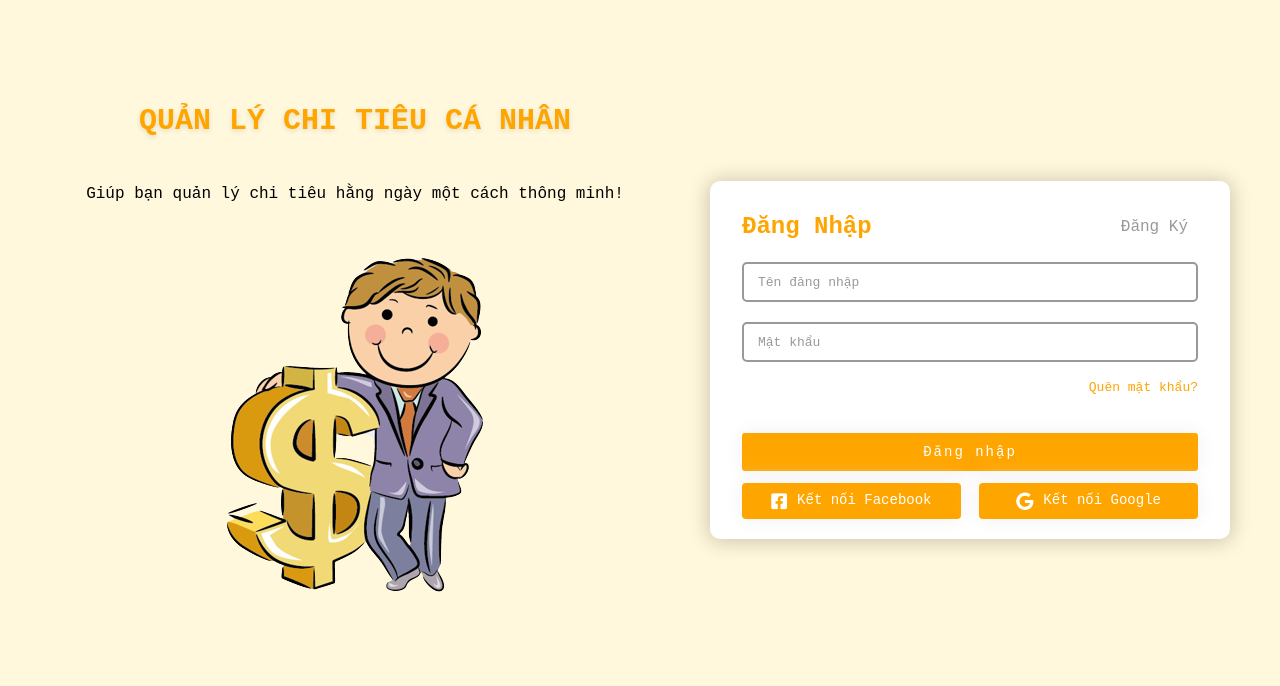
Repository: ximvhs/sochitieu
Page: start.html
These files come from the project's save history. The page is drawn as it stood at one moment and after the next save; the edit follows.
The browser window is 1280 px wide. The pictures show the whole page.
Some web fonts or font styles are not loaded; a fallback is used.

Above is the page before, as saved 2023-04-05 22:21:28.
Console error: TypeError: Cannot read properties of null (reading 'addEventListener')

### start.html
<!DOCTYPE html>
<html lang="en">
<head>
    <meta charset="UTF-8">
    <meta http-equiv="X-UA-Compatible" content="IE=edge">
    <meta name="viewport" content="width=device-width, initial-scale=1.0">
    <title>Đăng nhập</title>
    <link rel="stylesheet" href="./assets/css/login.css">
    <link rel="stylesheet" href="./assets/css/grid.css">
    <link rel="stylesheet" href="./assets/css/resets.css">
    <link rel="stylesheet" href="./assets/css/responsive.css">
    <link rel="stylesheet" href="./assets/css/base.css">
    <link rel="stylesheet" href="./themify-icons-font/themify-icons/themify-icons.css">
    <link rel="stylesheet" href="https://fonts.googleapis.com/css2?family=Material+Symbols+Outlined:opsz,wght,FILL,GRAD@20..48,100..700,0..1,-50..200" />
    <link rel="preconnect" href="https://fonts.googleapis.com">
    <link rel="preconnect" href="https://fonts.gstatic.com" crossorigin>
    <link href="https://fonts.googleapis.com/css2?family=Dongle:wght@700&display=swap" rel="stylesheet">
    <link rel="preconnect" href="https://fonts.gstatic.com">
    <link href="https://fonts.googleapis.com/css2?family=Open+Sans:ital,wght@0,400;0,600;0,700;0,800;1,400&display=swap"
    rel="stylesheet">
    <link rel="stylesheet" href="https://cdnjs.cloudflare.com/ajax/libs/font-awesome/6.4.0/css/all.min.css" integrity="sha512-iecdLmaskl7CVkqkXNQ/ZH/XLlvWZOJyj7Yy7tcenmpD1ypASozpmT/E0iPtmFIB46ZmdtAc9eNBvH0H/ZpiBw==" crossorigin="anonymous" referrerpolicy="no-referrer" />
</head>
<body>
    <form action="">
        <div class="modal js-show_login">
                <div class="modal__body">
                    <div class="auth-form--left">
                        <H1>QUẢN LÝ CHI TIÊU CÁ NHÂN</H1>
                        <p>Giúp bạn quản lý chi tiêu hằng ngày một cách thông minh!</p>
                        <img src="./img/logo-login.png" alt="">
                    </div>
                    <div class="auth-form--right js-auth-form">
                        <div class="auth-form__container">
                            <div class="auth-form__header">
                                <h3 class="auth-form__heading">Đăng Nhập</h3>
                                <span class="auth-form__switch-btn js-register">Đăng Ký</span>
                            </div>

                            <div class="auth-form__form">
                                <div class="auth-form__group">
                                    <input type="text" class="auth-form__input" required placeholder=" ">
                                    <div class="form-label">Tên đăng nhập</div>
                                </div>
                                <div class="auth-form__group">
                                    <input type="password" class="auth-form__input" required placeholder=" ">
                                    <div class="form-label">Mật khẩu</div>
                                </div>
                            </div>

                            <div class="auth-form__aside">
                                <p class="auth-form__policy-text">
                                    <a href="#" class="auth-form__text-link">Quên mật khẩu?</a>
                                </p>
                            </div>

                            <div class="auth-form__controls">
                                <button class="btn btn--normal btn--primary">Đăng nhập</button>
                            </div>

                            <div class="auth-form__socials">
                                <a href="#" class="auth-form__socials--facebook btn btn--size-s btn--with-icon">
                                    <i class="auth-form__socials-icon fab fa-facebook-square"></i>
                                    <span class="auth-form__socials-text">Kết nối Facebook</span>
                                </a>
                                <a href="#" class="auth-form__socials--google btn btn--size-s btn--with-icon">
                                    <i class="auth-form__socials-icon fab fa-google"></i>
                                    <span class="auth-form__socials-text">Kết nối Google</span>
                                </a>
                            </div>
                        </div>

                    </div>
                </div>
        </div>
    </form>

    <form action="">
        <div class="modal_register js-show_register ">
                <div class="modal__body_register">
                     <div class="auth-form js-auth-form">
                        <div class="auth-form__container">
                            <div class="auth-form__header">
                                <h3 class="auth-form__heading">Đăng ký</h3>
                            </div>

                            <div class="auth-form__form">
                                <div class="auth-form__group">
                                    <input type="text" class="auth-form__input" required placeholder=" ">
                                    <div class="form-label">Họ và tên</div>
                                </div>
                                <div class="auth-form__group">
                                    <input type="date" class="auth-form__input" required placeholder=" ">
                                    <div class="form-label">Ngày sinh nhật</div>
                                </div>
                                <div class="auth-form__group_sex">
                                    <div class="list__sex">
                                        <div class="form-label">Nam</div>
                                        <input type="checkbox" class="auth-form__input-radio" required placeholder=" ">
                                    </div>
                                    <div class="list__sex">
                                        <div class="form-label">Nữ</div>
                                        <input type="checkbox" class="auth-form__input-radio" required placeholder=" ">
                                    </div>
                                </div>
                                <div class="auth-form__group">
                                    <input type="text" class="auth-form__input" required placeholder=" ">
                                    <div class="form-label">Tên đăng nhập</div>
                                </div>
                                <div class="auth-form__group">
                                    <input type="password" class="auth-form__input" required placeholder=" ">
                                    <div class="form-label">Mật khẩu</div>
                                </div>
                                <div class="auth-form__group">
                                    <input type="password" class="auth-form__input" required placeholder=" ">
                                    <div class="form-label">Nhập lại mật khẩu</div>
                                </div>
                            </div>

                            <div class="auth-form__aside">
                                <p class="auth-form__policy-text">
                                    Bằng việc đăng ký, bạn đã đồng ý với chúng tôi về
                                    <a href="#" class="auth-form__text-link">Điều khoản dịch vụ</a> &
                                    <a href="#" class="auth-form__text-link">Chính sách bảo mật</a>
                                </p>
                            </div>
                            <div class="auth-form__controls">
                                <button class="btn btn--normal btn--primary">ĐĂNG KÝ</button>
                            </div>
                        </div>

                    </div>
                </div>
        </div>
    </form>

    <script>
        const regBtns = document.querySelectorAll('.js-register')
        const modal = document.querySelector('.js-show_register')
        function showModal() {
            modal.classList.add('open')
            modal1.classList.remove('open')
        }
        for (const regBtn of regBtns) {
            regBtn.addEventListener('click', showModal)
        }


        // close register
        const closeBtn = document.querySelector('.js-close')
        function hideBtn(){
            modal.classList.remove('open')
        }
        closeBtn.addEventListener('click', hideBtn)


        // close when click outward
        const authForms = document.querySelectorAll('.js-auth-form')
        modal.addEventListener('click', hideBtn)
        for (const authForm of authForms ) {
            authForm.addEventListener('click', function (event) {
                event.stopPropagation()
            })
        }
    </script>
</body>

</html>

### assets/css/login.css
.modal {
    /* background-image: linear-gradient(to top right, var(--primary-color), var(--secondary-color)); */
    background-color: var(--primary-color);
    height: 100vh;
}

.modal__body {
    height: 100vh;
    display: flex;
    justify-content: space-between;
    align-items: center;

}

.auth-form--left {
    height: 100vh;
    display: flex;
    justify-content: center;
    align-items: center;
    flex-direction: column;
    flex: 1;
}

.auth-form--left h1 {
    width: 100%;
    text-align: center;
    padding: 0;
    margin-top: 32px;
    font-size: 30px;
    color: var(--secondary-color);
    text-shadow: 0 2px 5px #33333323;
}

.auth-form--left p {
    width: 100%;
    text-align: center;
    padding: 0;
    margin-top: 32px;
    font-size: 16px;
    /* color: var(--secondary-color);
    text-shadow: 0 2px 5px #33333323; */
}



/* modal */
.itemhd button {
    height: 35px;
    width: 90px;
    margin-left: 10px;
    cursor: pointer;
    background-color: var(--secondary-color);
    border: none;
    border-radius: var(--border-box);
    padding: 5px;
    color: white;
    font-size: 14px;
    font-weight: 700;
}

.itemhd button:hover {
    opacity: 0.8;
}

.auth-form--right {
    margin-right: 50px ;
    width: 520px;
    background-color: white;
    border-radius: 10px;
    overflow: hidden;
    min-width: 40px;
    box-shadow: 0 1px 20px 2px rgb(0 0 0 / 20%);
}

.auth-form__container {
    padding: 12px  32px 20px 32px;
}

.auth-form__header {
    display: flex;
    justify-content: space-between;
    align-items: center;
}

.auth-form__heading {
    font-size: 24px;
    color: var(--secondary-color);
}

.auth-form__switch-btn {
    font-size: 16px;
    padding: 10px;
    color: var(--border-color);
}

.auth-form__switch-btn:hover {
    cursor: pointer;
    opacity: 0.7;
}

.auth-form__form input {
    width: 100%;
    height: 40px;
    padding: 12px;
    margin-bottom: 20px;
    border: solid 2px var(--border-color);
    outline: none;
    transition: all 0.5s ease;
    border-radius: 5px;
}

.auth-form__form input:focus {
    border: solid 2px var(--secondary-color);
}

.auth-form__group {
    position: relative;
}


.auth-form__group .form-label {
    position: absolute;
    font-size: 13px;
    color: var(--border-color);
    top: 35%;
    left: 16px;
    transform: translate(0,-50%);
    pointer-events: none;
    transition: all 0.3s ease;
    z-index: 1;
}

.auth-form__group .auth-form__input:not(:placeholder-shown) +.form-label,
.auth-form__group .auth-form__input:focus +.form-label {
    position: absolute;
    top: 0;
    left: 8px;
    display: inline-block;
    padding: 2px 10px;
    color: var(--secondary-color);
    font-size: 12px;
    z-index: 2;
    background-color: white;
}

.auth-form__text-link {
    text-decoration: none;
    color: var(--secondary-color);
}

.auth-form__text-link:hover {
    opacity: 0.7;
}


.auth-form__controls {
    display: flex;
    justify-content: right;
    height: 50px;
    width: 100%;
}

.auth-form__aside {
    float: right;
    margin: 10px 0 14px 0;
}

.auth-form__aside a:hover {
    color: var(--secondary-color);
    cursor: pointer;
}

.auth-form__policy-text {
    margin: -14px 0 20px 0;
    transition: all 0.3s ease;
}

.auth-form__controls .btn {
    width: 100%;
    height: 38px;
    letter-spacing: 2px;
    font-size: 14px;
    padding: 0 12px;
    border: none;
    border-radius: 3px;
    text-decoration: none;
    display: inline-flex;
    justify-content: center;
    align-items: center;
    cursor: pointer;
}

.auth-form__socials {
    width: 100%;
    display: flex;
    justify-content: space-between;

}

.auth-form__socials--facebook {
    width: 48%;
    height: 36px;
    display: flex;
    justify-content: center;
    align-items: center;
}

.auth-form__socials--google {
    width: 48%;
    display: flex;
    justify-content: center;
    align-items: center;
}

.auth-form__socials-icon {
    font-size: 18px;
    margin-right: 10px;
}

.auth-form__socials-text {
    font-size: 14px;
}

.modal_register {
    position: fixed;
    z-index: 3;
    background-color: rgba(0, 0, 0, 0.5);
    top: 0;
    bottom: 0;
    right: 0;
    left: 0;
    display: none;
    animation: fadeIn linear 0.1s;
    /* display: flex; */
}


.modal__body_register {
    position: relative;
    margin: auto;
}

.auth-form {
    width: 500px;
    background-color: white;
    border-radius: 5px;
    overflow: hidden;
    min-width: 20px;
    box-shadow: 0 0 12px rgb(0 0 0 / 70%);
    animation: Slide ease 0.5s;
}

.auth-form__group_sex {
    display: flex;
    /* justify-content:space-between; */
    align-items: center;
    margin-bottom: 4px ;
}

.auth-form__group_sex .list__sex .auth-form__input-radio {
    height: 20px;
    width: 20px;
    margin-bottom: 12px ;
}

.list__sex {
    display: flex;
    justify-content: center;
    align-items: center;
}

.list__sex:nth-child(1) {
    margin-left: 16px;
}

.list__sex:nth-child(2) {
    margin-left: 50px;
}

.js-show_register.open.modal_register {
    display: flex;
    justify-content: center;
    align-items: center;
    opacity: 1;
}

### assets/css/grid.css
.grid {
    width: 100%;
    display: block;
    padding: 0;
}

.grid.wide {
    max-width: 1200px;
    margin: 0 auto;
}

.row {
    display: flex;
    flex-wrap: wrap;
    margin-left: -4px;
    margin-right: -4px;
}

.row.no-gutters {
    margin-left: 0;
    margin-right: 0;
}

.col {
    padding-left: 4px;
    padding-right: 4px;
}

.row.no-gutters .col {
    padding-left: 0;
    padding-right: 0;
}

.c-0 {
    display: none;
}

.c-1 {
    flex: 0 0 8.33333%;
    max-width: 8.33333%;
}

.c-2 {
    flex: 0 0 16.66667%;
    max-width: 16.66667%;
}

.c-3 {
    flex: 0 0 25%;
    max-width: 25%;
}

.c-4 {
    flex: 0 0 33.33333%;
    max-width: 33.33333%;
}

.c-5 {
    flex: 0 0 41.66667%;
    max-width: 41.66667%;
}

.c-6 {
    flex: 0 0 50%;
    max-width: 50%;
}

.c-7 {
    flex: 0 0 58.33333%;
    max-width: 58.33333%;
}

.c-8 {
    flex: 0 0 66.66667%;
    max-width: 66.66667%;
}

.c-9 {
    flex: 0 0 75%;
    max-width: 75%;
}

.c-10 {
    flex: 0 0 83.33333%;
    max-width: 83.33333%;
}

.c-11 {
    flex: 0 0 91.66667%;
    max-width: 91.66667%;
}

.c-12 {
    flex: 0 0 100%;
    max-width: 100%;
}

.c-o-1 {
    margin-left: 8.33333%;
}

.c-o-2 {
    margin-left: 16.66667%;
}

.c-o-3 {
    margin-left: 25%;
}

.c-o-4 {
    margin-left: 33.33333%;
}

.c-o-5 {
    margin-left: 41.66667%;
}

.c-o-6 {
    margin-left: 50%;
}

.c-o-7 {
    margin-left: 58.33333%;
}

.c-o-8 {
    margin-left: 66.66667%;
}

.c-o-9 {
    margin-left: 75%;
}

.c-o-10 {
    margin-left: 83.33333%;
}

.c-o-11 {
    margin-left: 91.66667%;
}

/* >= Tablet */
@media (min-width: 740px) {
    .row {
        margin-left: -8px;
        margin-right: -8px;
    }

    .col {
        padding-left: 8px;
        padding-right: 8px;
    }

    .m-0 {
        display: none;
    }

    .m-1,
    .m-2,
    .m-3,
    .m-4,
    .m-5,
    .m-6,
    .m-7,
    .m-8,
    .m-9,
    .m-10,
    .m-11,
    .m-12 {
        display: block;
    }

    .m-1 {
        flex: 0 0 8.33333%;
        max-width: 8.33333%;
    }

    .m-2 {
        flex: 0 0 16.66667%;
        max-width: 16.66667%;
    }

    .m-3 {
        flex: 0 0 25%;
        max-width: 25%;
    }

    .m-4 {
        flex: 0 0 33.33333%;
        max-width: 33.33333%;
    }

    .m-5 {
        flex: 0 0 41.66667%;
        max-width: 41.66667%;
    }

    .m-6 {
        flex: 0 0 50%;
        max-width: 50%;
    }

    .m-7 {
        flex: 0 0 58.33333%;
        max-width: 58.33333%;
    }

    .m-8 {
        flex: 0 0 66.66667%;
        max-width: 66.66667%;
    }

    .m-9 {
        flex: 0 0 75%;
        max-width: 75%;
    }

    .m-10 {
        flex: 0 0 83.33333%;
        max-width: 83.33333%;
    }

    .m-11 {
        flex: 0 0 91.66667%;
        max-width: 91.66667%;
    }

    .m-12 {
        flex: 0 0 100%;
        max-width: 100%;
    }

    .m-o-1 {
        margin-left: 8.33333%;
    }

    .m-o-2 {
        margin-left: 16.66667%;
    }

    .m-o-3 {
        margin-left: 25%;
    }

    .m-o-4 {
        margin-left: 33.33333%;
    }

    .m-o-5 {
        margin-left: 41.66667%;
    }

    .m-o-6 {
        margin-left: 50%;
    }

    .m-o-7 {
        margin-left: 58.33333%;
    }

    .m-o-8 {
        margin-left: 66.66667%;
    }

    .m-o-9 {
        margin-left: 75%;
    }

    .m-o-10 {
        margin-left: 83.33333%;
    }

    .m-o-11 {
        margin-left: 91.66667%;
    }
}

/* PC medium resolution > */
@media (min-width: 1113px) {
    .row {
        margin-left: -12px;
        margin-right: -12px;
    }

    .row.sm-gutter {
        margin-left: -5px;
        margin-right: -5px;
    }

    .col {
        padding-left: 12px;
        padding-right: 12px;
    }

    .row.sm-gutter .col {
        padding-left: 5px;
        padding-right: 5px;
    }

    .l-0 {
        display: none;
    }

    .l-1,
    .l-2,
    .l-2-4,
    .l-3,
    .l-4,
    .l-5,
    .l-6,
    .l-7,
    .l-8,
    .l-9,
    .l-10,
    .l-11,
    .l-12 {
        display: block;
    }

    .l-1 {
        flex: 0 0 8.33333%;
        max-width: 8.33333%;
    }

    .l-2 {
        flex: 0 0 16.66667%;
        max-width: 16.66667%;
    }

    .l-2-4 {
        flex: 0 0 20%;
        max-width: 20%;
    }

    .l-3 {
        flex: 0 0 25%;
        max-width: 25%;
    }

    .l-4 {
        flex: 0 0 33.33333%;
        max-width: 33.33333%;
    }

    .l-5 {
        flex: 0 0 41.66667%;
        max-width: 41.66667%;
    }

    .l-6 {
        flex: 0 0 50%;
        max-width: 50%;
    }

    .l-7 {
        flex: 0 0 58.33333%;
        max-width: 58.33333%;
    }

    .l-8 {
        flex: 0 0 66.66667%;
        max-width: 66.66667%;
    }

    .l-9 {
        flex: 0 0 75%;
        max-width: 75%;
    }

    .l-10 {
        flex: 0 0 83.33333%;
        max-width: 83.33333%;
    }

    .l-11 {
        flex: 0 0 91.66667%;
        max-width: 91.66667%;
    }

    .l-12 {
        flex: 0 0 100%;
        max-width: 100%;
    }

    .l-o-1 {
        margin-left: 8.33333%;
    }

    .l-o-2 {
        margin-left: 16.66667%;
    }

    .l-o-3 {
        margin-left: 25%;
    }

    .l-o-4 {
        margin-left: 33.33333%;
    }

    .l-o-5 {
        margin-left: 41.66667%;
    }

    .l-o-6 {
        margin-left: 50%;
    }

    .l-o-7 {
        margin-left: 58.33333%;
    }

    .l-o-8 {
        margin-left: 66.66667%;
    }

    .l-o-9 {
        margin-left: 75%;
    }

    .l-o-10 {
        margin-left: 83.33333%;
    }

    .l-o-11 {
        margin-left: 91.66667%;
    }
}

/* Tablet - PC low resolution */
@media (min-width: 740px) and (max-width: 1023px) {
    .wide {
        width: 644px;
    }
}

/* > PC low resolution */
@media (min-width: 1024px) and (max-width: 1239px) {
    .wide {
        width: 984px;
    }

    .wide .row {
        margin-left: -12px;
        margin-right: -12px;
    }

    .wide .row.sm-gutter {
        margin-left: -5px;
        margin-right: -5px;
    }

    .wide .col {
        padding-left: 12px;
        padding-right: 12px;
    }

    .wide .row.sm-gutter .col {
        padding-left: 5px;
        padding-right: 5px;
    }

    .wide .l-0 {
        display: none;
    }

    .wide .l-1,
    .wide .l-2,
    .wide .l-2-4,
    .wide .l-3,
    .wide .l-4,
    .wide .l-5,
    .wide .l-6,
    .wide .l-7,
    .wide .l-8,
    .wide .l-9,
    .wide .l-10,
    .wide .l-11,
    .wide .l-12 {
        display: block;
    }

    .wide .l-1 {
        flex: 0 0 8.33333%;
        max-width: 8.33333%;
    }

    .wide .l-2 {
        flex: 0 0 16.66667%;
        max-width: 16.66667%;
    }

    .wide .l-2-4 {
        flex: 0 0 20%;
        max-width: 20%;
    }

    .wide .l-3 {
        flex: 0 0 25%;
        max-width: 25%;
    }

    .wide .l-4 {
        flex: 0 0 33.33333%;
        max-width: 33.33333%;
    }

    .wide .l-5 {
        flex: 0 0 41.66667%;
        max-width: 41.66667%;
    }

    .wide .l-6 {
        flex: 0 0 50%;
        max-width: 50%;
    }

    .wide .l-7 {
        flex: 0 0 58.33333%;
        max-width: 58.33333%;
    }

    .wide .l-8 {
        flex: 0 0 66.66667%;
        max-width: 66.66667%;
    }

    .wide .l-9 {
        flex: 0 0 75%;
        max-width: 75%;
    }

    .wide .l-10 {
        flex: 0 0 83.33333%;
        max-width: 83.33333%;
    }

    .wide .l-11 {
        flex: 0 0 91.66667%;
        max-width: 91.66667%;
    }

    .wide .l-12 {
        flex: 0 0 100%;
        max-width: 100%;
    }

    .wide .l-o-1 {
        margin-left: 8.33333%;
    }

    .wide .l-o-2 {
        margin-left: 16.66667%;
    }

    .wide .l-o-3 {
        margin-left: 25%;
    }

    .wide .l-o-4 {
        margin-left: 33.33333%;
    }

    .wide .l-o-5 {
        margin-left: 41.66667%;
    }

    .wide .l-o-6 {
        margin-left: 50%;
    }

    .wide .l-o-7 {
        margin-left: 58.33333%;
    }

    .wide .l-o-8 {
        margin-left: 66.66667%;
    }

    .wide .l-o-9 {
        margin-left: 75%;
    }

    .wide .l-o-10 {
        margin-left: 83.33333%;
    }

    .wide .l-o-11 {
        margin-left: 91.66667%;
    }
}

### assets/css/base.css
:root {
    --primary-color:cornsilk;
    --secondary-color:orange;
    --opacity-color:#f0f0f0;
    --white-color: white;
    --border-color:#999;


    --border-box: 5px;
    --size-text: 16px;
    --size-title: 20px;
}

*{
    font-family: monospace;
    box-sizing: inherit;
    box-sizing: border-box;


}

html {
    line-height: 1.6rem;
    box-sizing: border-box;
    scroll-behavior: smooth;
}

body {
    margin: 0;
}

a {
    color: var(--text-color);
    text-decoration: none;
}

ul {
    padding-left: 0;
}

i {
    display: block;
}

li {
    list-style: none;
}

.btn {
    /* position: absolute; */
    /* display: inline-block; */
    background-color: var(--secondary-color);
    background-size: 200% auto;
    color: var(--white-color);
    box-shadow: 0 0 20px var(--opacity-color);
    font-size: 10px;
    border: none;
    outline: none;
    cursor: pointer;
    border-radius: 4px;
    transition: all 0.2s ease-in;
}


.btn:hover {
    background-position: right center;
    opacity: 0.8;
    text-decoration: none;
}


/* animation */
@keyframes Slide {
    from {
        opacity: 0;
        transform: translateY(-150px);
    }
    to {
        opacity: 1;
        transform: translateY(0);
    }
}

Loaded but not shown: assets/css/resets.css (no stored copy; drawn as an empty file); assets/css/responsive.css (no stored copy; drawn as an empty file)

After the next save:
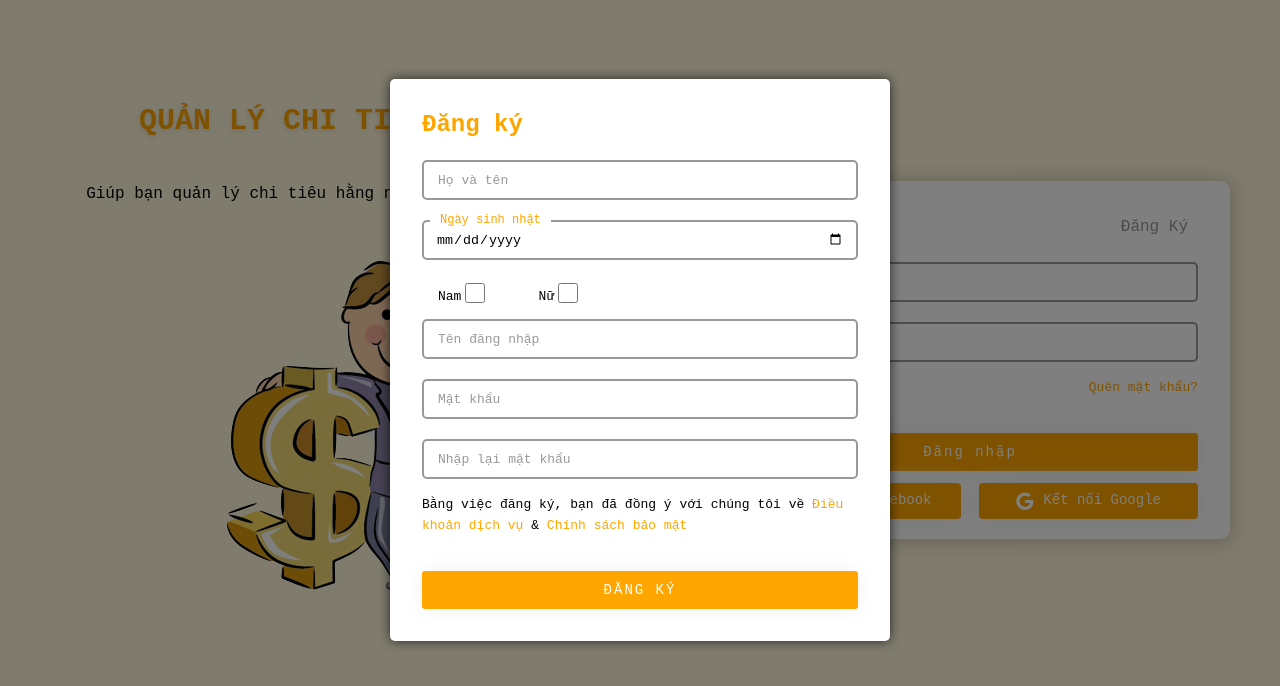
Saved 27 s later.
--- a/start.html
+++ b/start.html
@@ -75,7 +75,7 @@
     </form>
 
     <form action="">
-        <div class="modal_register js-show_register ">
+        <div class="modal_register js-show_register open">
                 <div class="modal__body_register">
                      <div class="auth-form js-auth-form">
                         <div class="auth-form__container">
